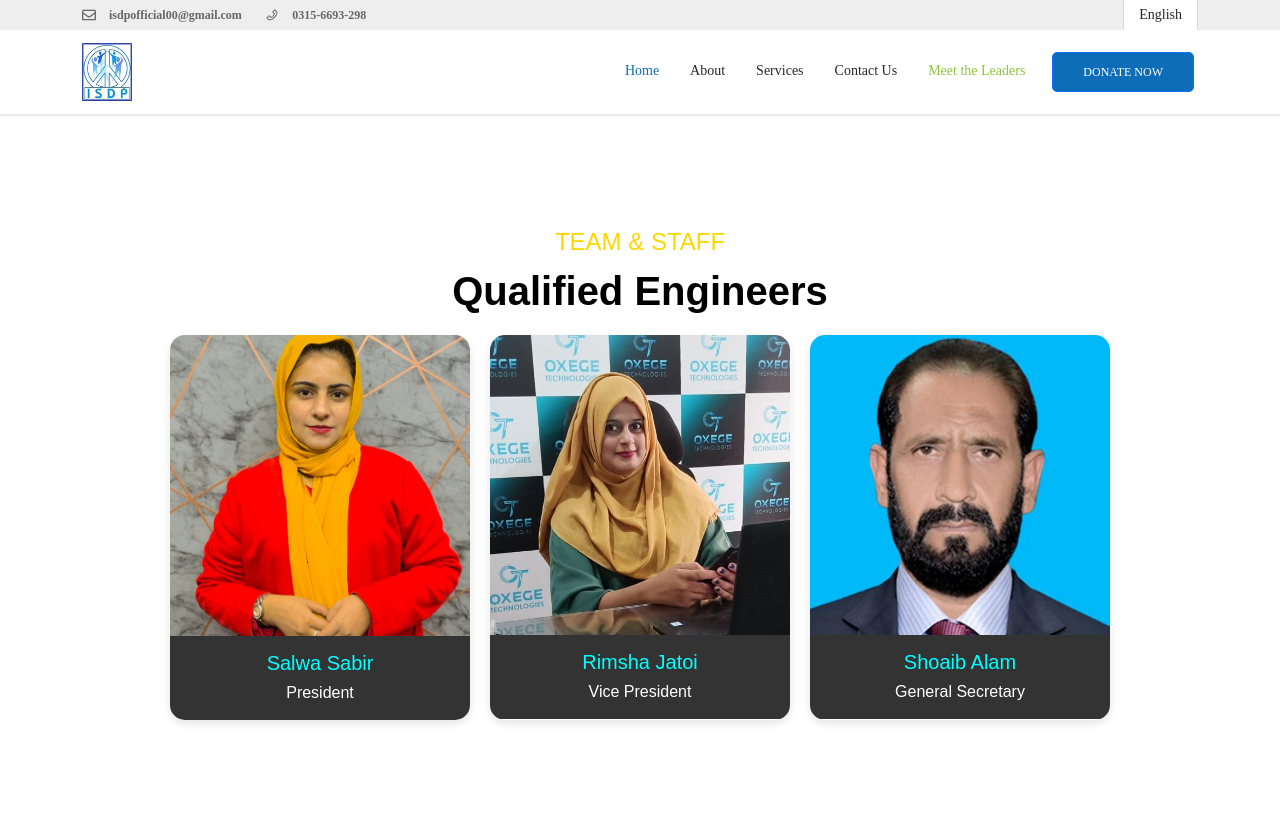
Repository: mfaizanakram8/isdp
Page: team.html
An editor plug-in stored every save of this project. The page is shown before and after the next save, followed by the edit.
The browser window is 1280 px wide. The pictures show the part of the page from y = 0 to 834 px (the page is 1410 px tall).
Pictures or frames that could not be fetched are drawn as grey boxes. Some web fonts or font styles are not loaded; a fallback is used.

Above is the page before, as saved 2025-02-23 00:25:46.

After the next save:
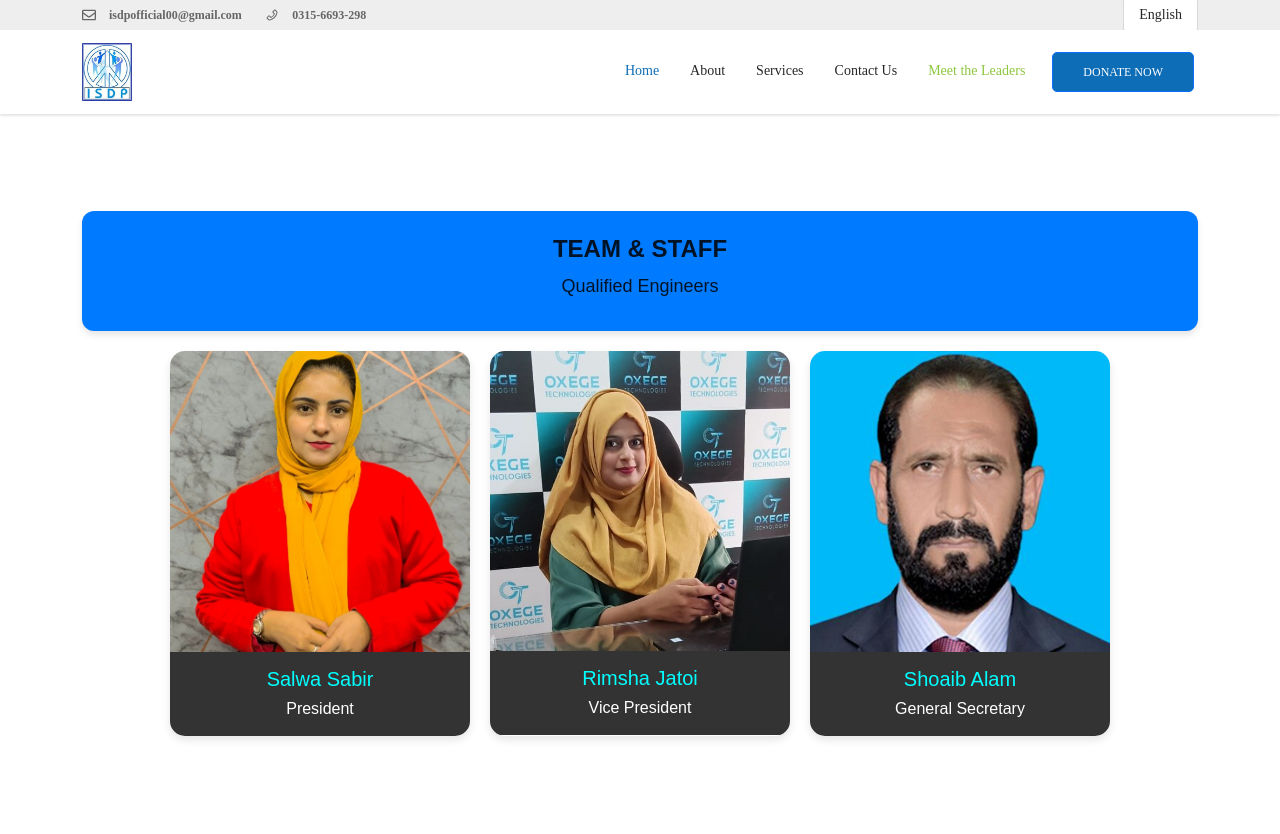
Saved 2 min 39 s later.
--- a/team.html
+++ b/team.html
@@ -487,10 +487,11 @@
 
 <div class="maincont">
     <div class="container">
-        <div class="header">
-            <h1>TEAM & STAFF</h1>
-            <h2>Qualified Engineers</h2>
-        </div>
+      <div style="background-color: #007bff; color: white; border-radius: 12px; padding: 24px; box-shadow: 0px 4px 6px rgba(0, 0, 0, 0.1); text-align: center;">
+        <h1 style="font-size: 24px; font-weight: bold;">TEAM & STAFF</h1>
+        <h2 style="font-size: 18px;">Qualified Engineers</h2>
+    </div>
+
         <div class="team-members">
             <div class="member">
                 <img src="t3.jpeg" alt="Lionel Wurtch Bach">
